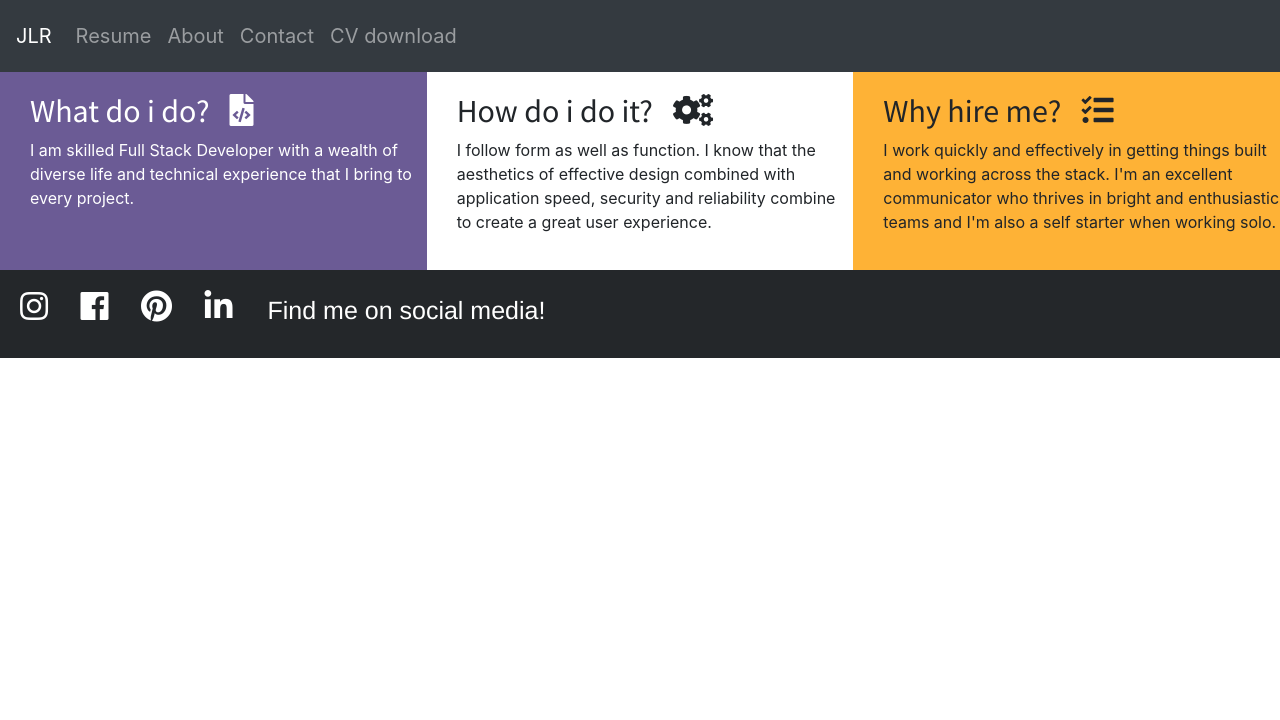
Repository: Kawaiisaki/Portfolio-site
Page: about.html
The author's editor kept a record of every edit. The page is drawn from the files as they stood at one moment, then again after the next edit.
The browser window is 1280 px wide. The pictures show the whole page.
Some web libraries are served in a nearby version.

Above is the page before.

After the next edit:
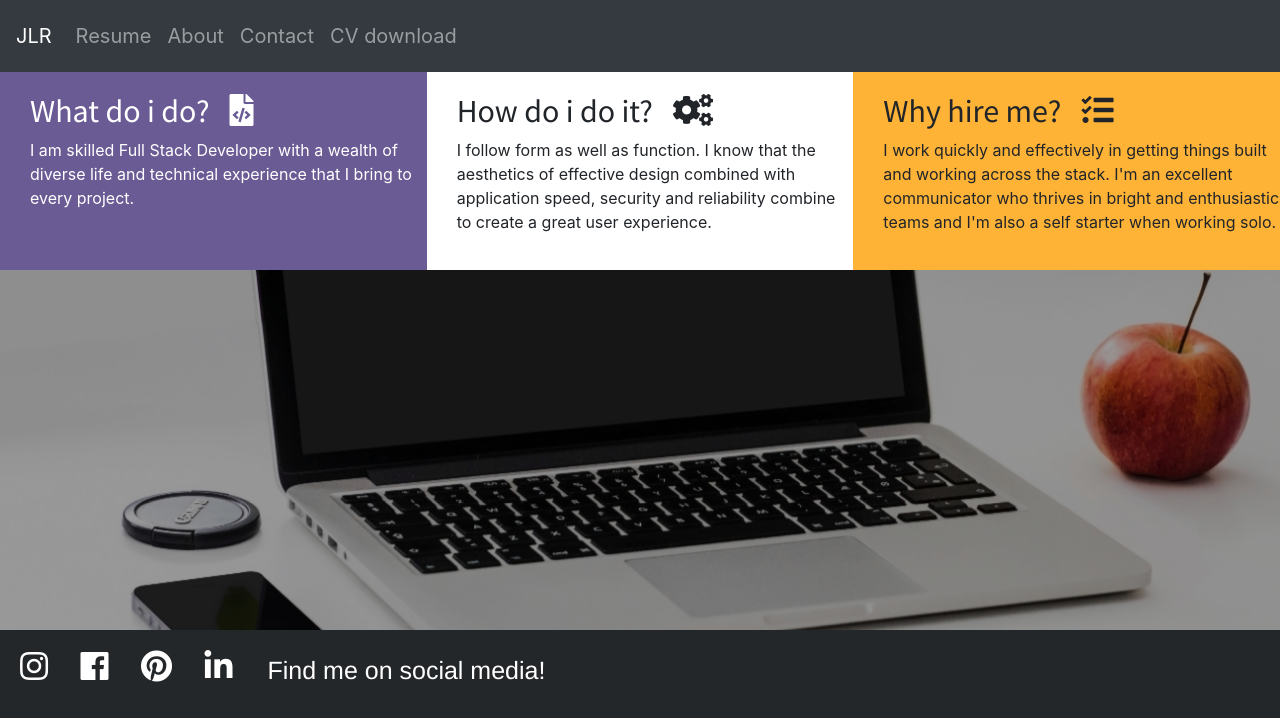
The edit:
--- a/about.html
+++ b/about.html
@@ -57,7 +57,17 @@
         </div>
     </section>
     <section>
-
+        <div class="container-fluid about-container">
+            <div class="transparant-overlay"></div>
+            <div class="row">
+                <div class="col-12">
+                    <div class="jumbotron callout text-center">
+                        <div class="container">
+                        </div>
+                    </div>
+                </div>
+            </div>
+        </div>
     </section>
     <footer>
         <div class="container-fluid social-icons">
